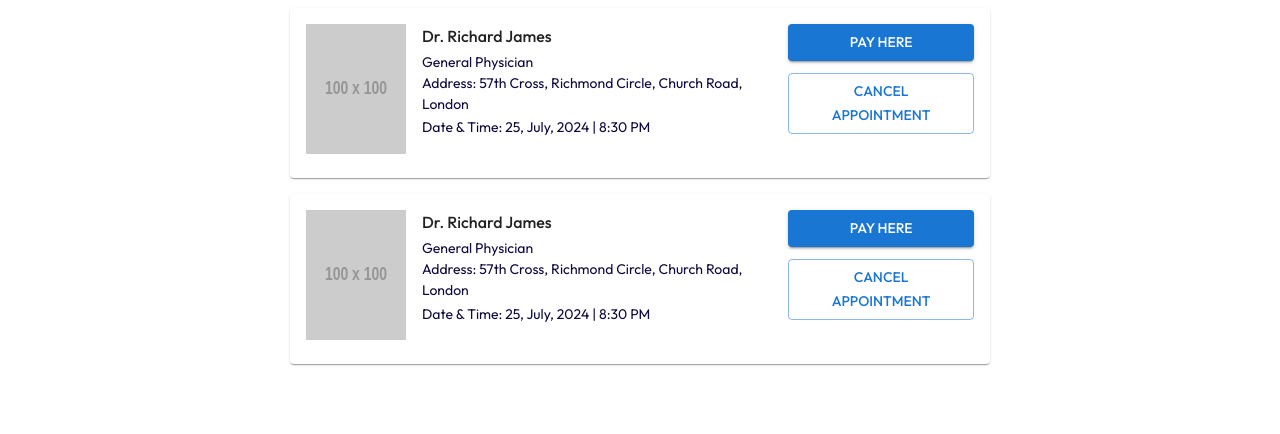
Repository: Ali-Dmerdash/DEPI_GRAD
Page: /
The author's editor kept a copy of each file at every save. The page is drawn from the files as they stood at one save, then again after the next save.
The browser window is 1280 px wide. The pictures show the whole page.
The project was rebuilt for these pictures with package versions that can differ from the ones it lists, and the page was loaded fresh each time. Also part of the build but not shown: vite.config.ts.

Above is the page before, as saved 2024-10-08 20:53:06.

### src/App.tsx
import "./App.css";
import "react-router-dom";
import { library } from "@fortawesome/fontawesome-svg-core";
import { fab } from "@fortawesome/free-brands-svg-icons";
import { fas } from "@fortawesome/free-solid-svg-icons";
import { far } from "@fortawesome/free-regular-svg-icons";
import Myappointment from "./pages/myappointment";

function App() {
  return (
    <>
      <Myappointment />
    </>
  );
}

export default App;
library.add(fab, fas, far);

### src/index.css
@import url("https://fonts.googleapis.com/css2?family=Outfit:wght@100..900&display=swap");

body {
  font-family: "Outfit", sans-serif;
  color: var(--text-color);
}

:root {
  --primary-color: #07456f;
  --secondary-color: #009f9d;
  --text-color: #0f0a3c;
  --card-button-color: #ace6f6;
  --border-color: #adadad;
}

### src/App.css
@import "./App.css";

body {
  color: var(--text-color);
}

### src/pages/myappointment/index.tsx
import React from "react";
import { Box, Card, CardContent, Typography, Button } from "@mui/material";

const MyAppointment: React.FC = () => {
  return (
    <Box sx={{ maxWidth: 700, margin: "0 auto" }}>
      <Card sx={{ marginBottom: 2 }}>
        <CardContent>
          <Box display="flex" alignItems="flex-start">
            <img
              src="https://via.placeholder.com/100"
              alt="Doctor"
              style={{ width: "100px", height: "130px", marginRight: "16px" }}
            />
            <Box flexGrow={1}>
              <Typography
                variant="h6"
                fontSize="16px"
                sx={{ marginBottom: "2px" }}
              >
                Dr. Richard James
              </Typography>
              <Typography color="#0F0A3C" fontSize="14px">
                General Physician
              </Typography>
              <Typography
                color="#0F0A3C"
                fontSize="14px"
                sx={{ marginBottom: "2px" }}
              >
                Address: 57th Cross, Richmond Circle, Church Road, London
              </Typography>
              <Typography color="#0F0A3C" fontSize="14px">
                Date & Time: 25, July, 2024 | 8:30 PM
              </Typography>
            </Box>
            <Box
              display="flex"
              flexDirection="column"
              justifyContent="flex-end"
            >
              <Button variant="contained" color="primary">
                Pay here
              </Button>
              <Button
                variant="outlined"
                color="primary"
                sx={{ marginTop: 1.5 }}
              >
                Cancel appointment
              </Button>
            </Box>
          </Box>
        </CardContent>
      </Card>

      <Card>
        <CardContent>
          <Box display="flex" alignItems="flex-start">
            <img
              src="https://via.placeholder.com/100"
              alt="Doctor"
              style={{ width: "100px", height: "130px", marginRight: "16px" }}
            />
            <Box flexGrow={1}>
              <Typography
                variant="h6"
                fontSize="16px"
                sx={{ marginBottom: "2px" }}
              >
                Dr. Richard James
              </Typography>
              <Typography color="#0F0A3C" fontSize="14px">
                General Physician
              </Typography>
              <Typography
                color="#0F0A3C"
                fontSize="14px"
                sx={{ marginBottom: "3px" }}
              >
                Address: 57th Cross, Richmond Circle, Church Road, London
              </Typography>
              <Typography color="#0F0A3C" fontSize="14px">
                Date & Time: 25, July, 2024 | 8:30 PM
              </Typography>
            </Box>
            <Box
              display="flex"
              flexDirection="column"
              justifyContent="flex-end"
            >
              <Button variant="contained" color="primary">
                Pay here
              </Button>

              <Button
                variant="outlined"
                color="primary"
                sx={{ marginTop: 1.5 }}
              >
                Cancel appointment
              </Button>
            </Box>
          </Box>
        </CardContent>
      </Card>
    </Box>
  );
};

export default MyAppointment;

Loaded but not shown: index.html (common file); src/main.tsx (common file)

After the next save:
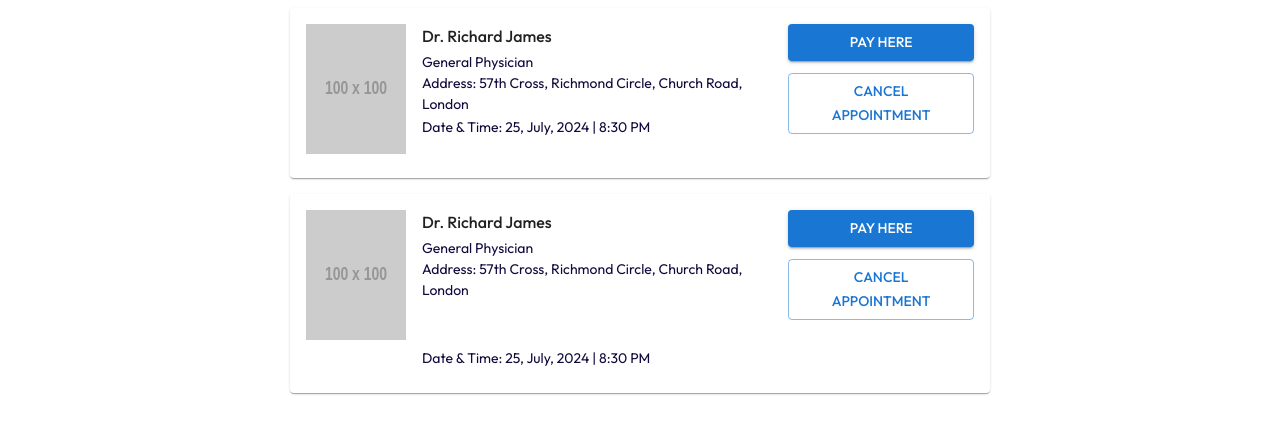
Saved 11 s later.
--- a/src/pages/myappointment/index.tsx
+++ b/src/pages/myappointment/index.tsx
@@ -76,7 +76,7 @@ const MyAppointment: React.FC = () => {
               <Typography
                 color="#0F0A3C"
                 fontSize="14px"
-                sx={{ marginBottom: "3px" }}
+                sx={{ marginBottom: "47px" }}
               >
                 Address: 57th Cross, Richmond Circle, Church Road, London
               </Typography>
